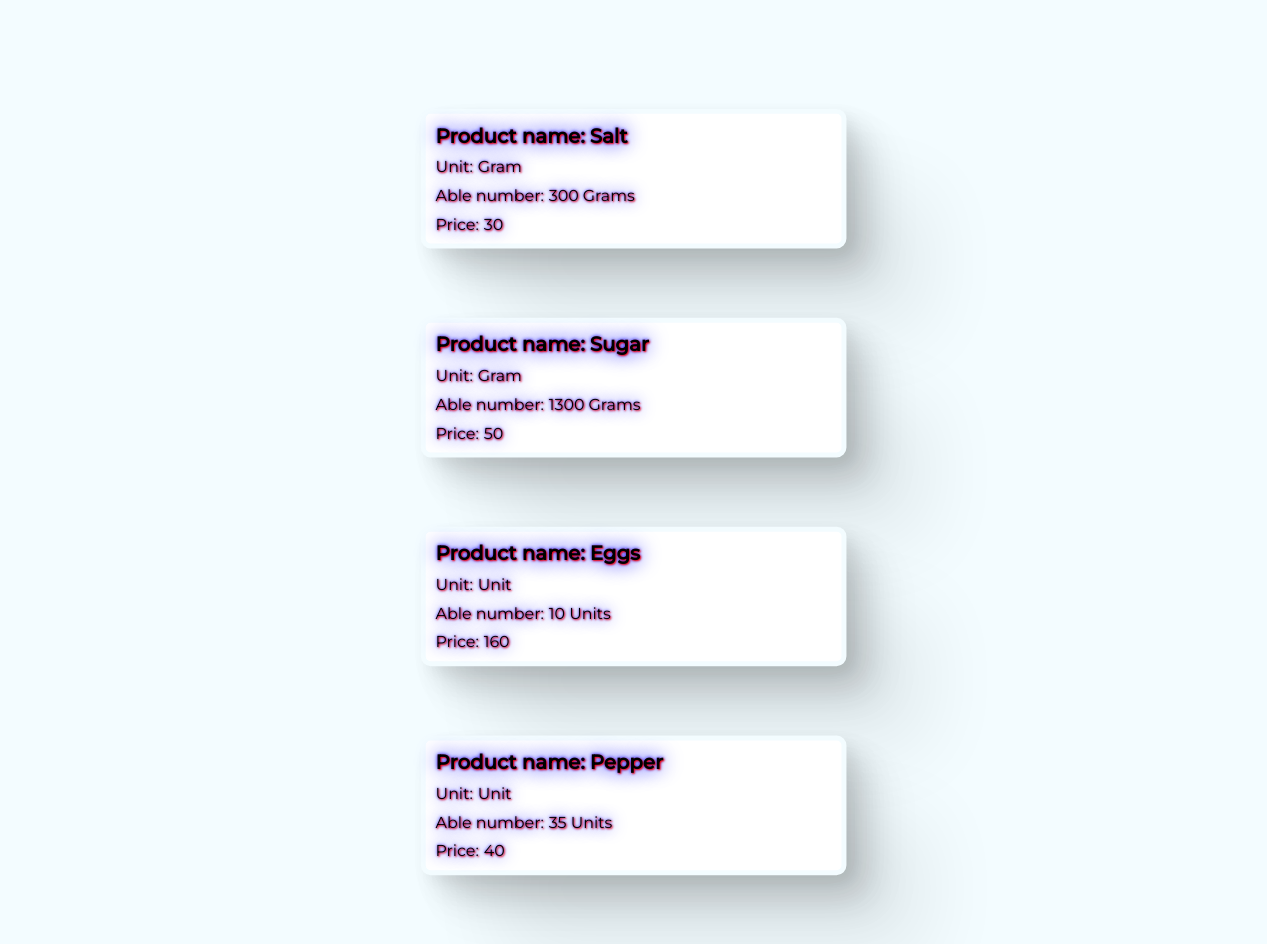
Repository: OlexandraKovach2/Vue
Page: / (app in vuexam/brila-exam/)
The author's editor kept a copy of each file at every save. The page is drawn from the files as they stood at one save, then again after the next save.
The browser window is 1280 px wide. The pictures show the whole page, at 99% of full size.
The project was rebuilt for these pictures with package versions that can differ from the ones it lists, and the page was loaded fresh each time. Also part of the build but not shown: vuexam/brila-exam/vue.config.js.

Above is the page before, as saved 2022-11-08 22:10:51.

### vuexam/brila-exam/public/index.html
<!DOCTYPE html>
<html lang="">
  <head>
    <meta charset="utf-8">
    <meta http-equiv="X-UA-Compatible" content="IE=edge">
    <meta name="viewport" content="width=device-width,initial-scale=1.0">
    <link rel="icon" href="<%= BASE_URL %>favicon.ico">
    <title><%= htmlWebpackPlugin.options.title %></title>
  </head>
  <body>
    <noscript>
      <strong>We're sorry but <%= htmlWebpackPlugin.options.title %> doesn't work properly without JavaScript enabled. Please enable it to continue.</strong>
    </noscript>
    <div id="app"></div>
    <!-- built files will be auto injected -->
  </body>
</html>

<style>

  *{
    padding: 0px;
    margin: 0px;
  }
  body{
    background-color: rgb(243, 252, 255);
  }

</style>

### vuexam/brila-exam/src/main.js
import { createApp } from 'vue'
import App from './App.vue'
import store from '@/store'

createApp(App).use(store).mount('#app')

### vuexam/brila-exam/src/App.vue
<template>
  <div>
    <ObjectTable :listData="list"/>
  </div>
</template>

<script>
  import { mapGetters } from 'vuex';
  import ObjectTable from "./components/ObjectTable";
  export default {
    name: "App",
    components: {
      ObjectTable,
    },
    computed: {
      ...mapGetters(['list']),
    },
  }
</script>

<style lang="scss" scoped>
@import url('https://fonts.googleapis.com/css2?family=Montserrat:wght@100;200;300;400;500&display=swap');
*{
  font-family: 'Montserrat', sans-serif;
}
</style>

### vuexam/brila-exam/src/store/index.js
import {createStore} from 'vuex'

const store = createStore({
    state: {
        list: [
            {
                id: 1,
                name: "Salt",
                unit: "Gram",
                count: "300",
                cost: 30
            },
            {
                id: 2,
                name: "Sugar",
                unit: "Gram",
                count: "1300",
                cost: 50
            },
            {
                id: 3,
                name: "Eggs",
                unit: "Unit",
                count: "10",
                cost: 160
            },
            {
                id: 4,
                name: "Pepper",
                unit: "Unit",
                count: "35",
                cost: 40
            }
        ]
    },
    getters: {
        list: state => {
            return state.list;
        }
    },
});

export default store;

### vuexam/brila-exam/src/components/ObjectTable/index.vue
<template>
    <div class="objectTable">
        <div class="object">
        <ObjectBase v-for="item in listData"
        :key="item.id"
        :id="item.id"
        :name="item.name"
        :unit="item.unit"
        :count="item.count"
        :cost="item.cost"
        />
        </div>
    </div>
</template>

<script>
    import ObjectBase from "./ObjectBase.vue"
    export default {
        name: "ObjectTable",
        components: {
            ObjectBase,
        },
        props: {
            listData: {
                type: Array,
                default: () => []
            },
        },
    }
</script>

<style lang="scss" scoped>
.object{
    display: flex;
    flex-direction: column;
    margin-top: 40px;
}
.objectTable{
    display: flex;
    justify-content: center;
}
.object:last-child{
    margin-bottom: 70px;
}
</style>

### vuexam/brila-exam/src/components/ObjectTable/ObjectBase.vue
<template>
    <div class="ObjectCard">
        <div class="info-row name">
            <div>Product name: </div>
            <div>{{name}}</div>
        </div>
        <div class="info-row">
            <div>Unit: </div>
            <div>{{unit}}</div>
        </div>
        <div class="info-row">
            <div>Able number: </div>
            <div>{{count}} {{unit}}s</div>
        </div>
        <div class="info-row">
            <div>Price: </div>
            <div>{{cost}}</div>
        </div>
    </div>
</template>

<script>
    import { mapGetters } from 'vuex'
    export default {
        name: "ObjectBase",
        computed: {
        ...mapGetters(['list']),
        },
        props: {
            id: {
                type: Number,
                default: 0
            },
            name: {
                type: String,
                default: "None name"
            },
            unit: {
                type: String,
                default: "kilo"
            },
            count: {
                type: Number,
                default: 1
            },
            cost: {
                type: Number,
                default: 10
            }
        },
    }
</script>

<style lang="scss" scoped>
.ObjectCard{
    margin-top: 70px;
    background-color: white;
    width: 400px;
    border-radius: 10px;
    border: 5px solid rgb(243, 252, 255);
    box-shadow:
  6.6px 6.7px 13.7px rgba(0, 0, 0, 0.04),
  12.9px 13.2px 25.3px rgba(0, 0, 0, 0.053),
  19.2px 19.6px 34.3px rgba(0, 0, 0, 0.057),
  25.9px 26.5px 40.9px rgba(0, 0, 0, 0.057),
  35.7px 36.6px 47.2px rgba(0, 0, 0, 0.057),
  82px 84px 80px rgba(0, 0, 0, 0.07);
  display: flex;
  flex-direction: column;
  gap: 10px;
  padding: 10px;
  transition: 0.3s;
}
.ObjectCard:hover{
    scale: 1.1;
    box-shadow:
  6.6px 6.7px 13.7px rgba(0, 0, 0, 0.083),
  12.9px 13.2px 25.3px rgba(0, 0, 0, 0.1),
  19.2px 19.6px 34.3px rgba(0, 0, 0, 0.104),
  25.9px 26.5px 40.9px rgba(0, 0, 0, 0.101),
  35.7px 36.6px 47.2px rgba(0, 0, 0, 0.09),
  82px 84px 80px rgba(0, 0, 0, 0.07)
;

}
.info-row{
    display: flex;
    gap: 5px;
    transition: 0.3s;
}
.info-row:hover{
    scale: 1.04;
    color: rgb(0, 0, 255);

}
.info-row:hover:first-child{
    scale: 1.07;
    color: rgb(102, 0, 255);
}
.name{
    font-size: 20px;
    font-weight: 600;
}
.info-row{
    div{
        text-shadow: 1px 1px 2px red, 0 0 1em blue, 0 0 0.2em blue;
    }
}
</style>

After the next save:
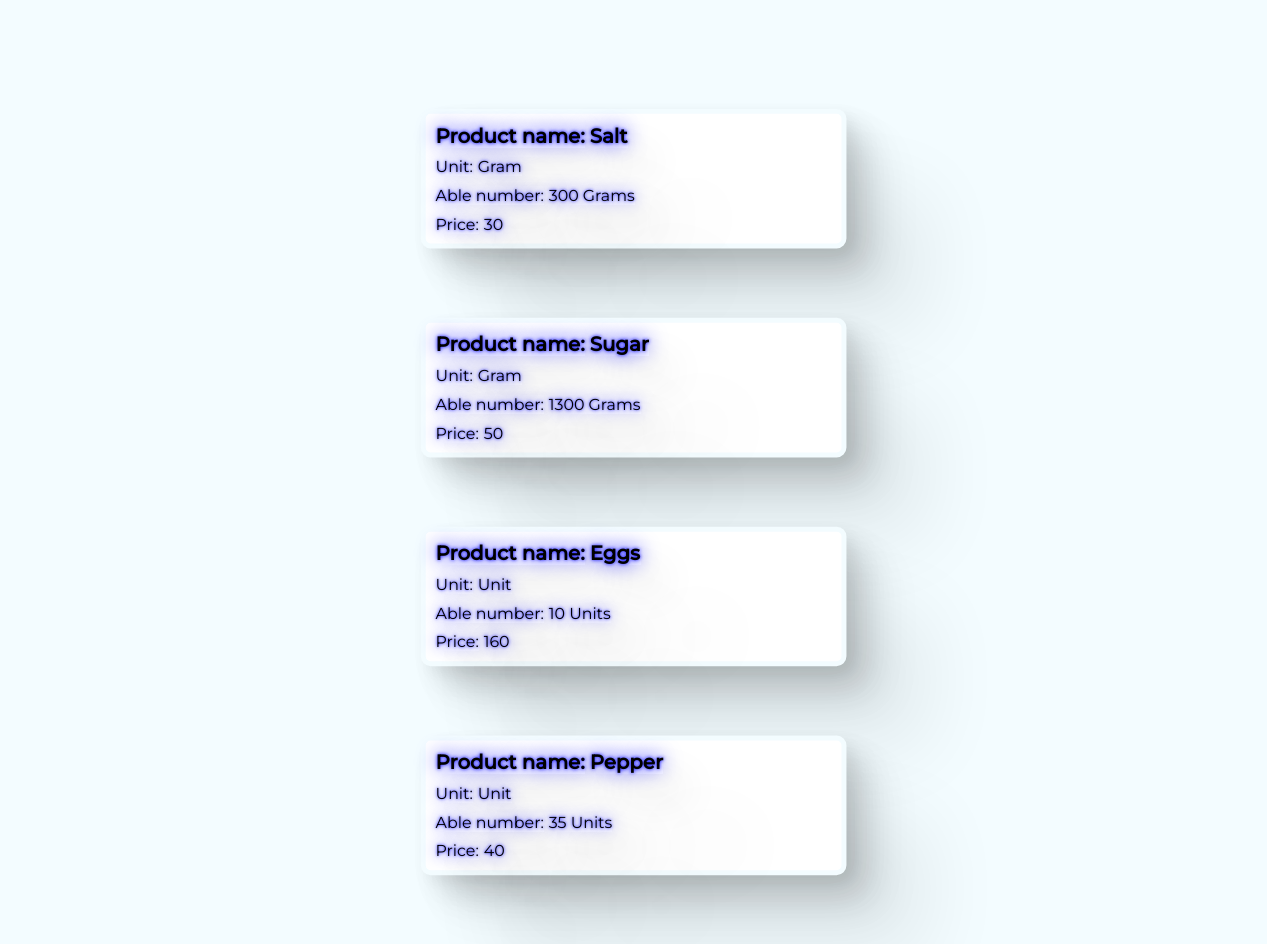
Saved 42 s later.
--- a/vuexam/brila-exam/src/components/ObjectTable/ObjectBase.vue
+++ b/vuexam/brila-exam/src/components/ObjectTable/ObjectBase.vue
@@ -103,7 +103,13 @@
 }
 .info-row{
     div{
-        text-shadow: 1px 1px 2px red, 0 0 1em blue, 0 0 0.2em blue;
+        text-shadow: 12.9px 13.2px 25.3px rgba(0, 0, 0, 0.018), 0 0 1em blue, 0 0 0.2em blue;
+        box-shadow:
+  12.9px 13.2px 25.3px rgba(0, 0, 0, 0.018),
+  25.9px 26.5px 40.9px rgba(0, 0, 0, 0.064),
+  82px 84px 80px rgba(0, 0, 0, 0.07)
+;
+
     }
 }
 </style>
